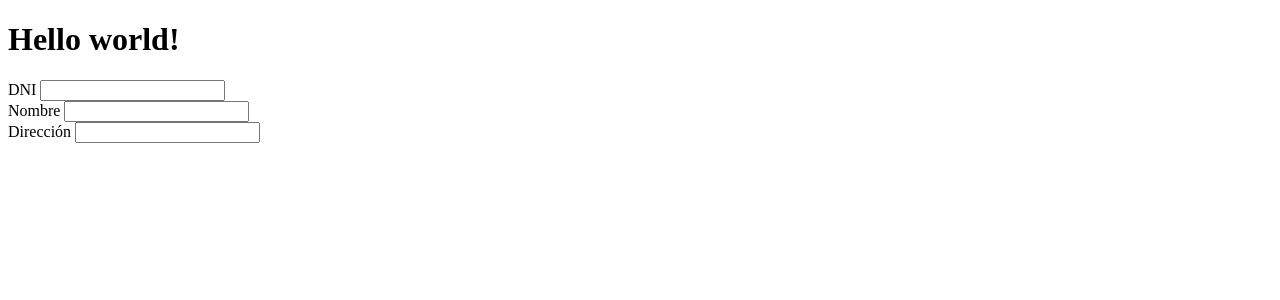
Repository: LaureanoC/Java-Foodtruck
Page: Foodtruck/src/main/webapp/altaEmpleado.html
These files come from the project's save history. The page is drawn as it stood at one moment and after the next save; the edit follows.
The browser window is 1280 px wide. The pictures show the whole page.

Above is the page before, as saved 2023-07-06 18:27:00.

After the next save:
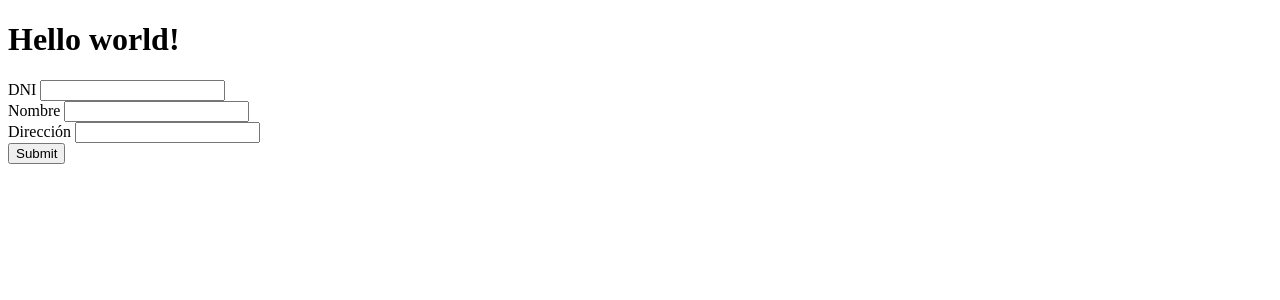
Saved 60 s later.
--- a/Foodtruck/src/main/webapp/altaEmpleado.html
+++ b/Foodtruck/src/main/webapp/altaEmpleado.html
@@ -7,7 +7,7 @@
 <body>
 	<h1>Hello world!</h1>
 
-	<form>
+	<form action="pruebacliente" method="post"">
 		<div>
 			<label>DNI</label>
 			<input name="dni">
@@ -18,9 +18,9 @@
 		</div>
 		<div>
 			<label>Dirección</label>
-			<input name="dirección">
+			<input name="direccion">
 		</div>
-
+		<button type="submit">Submit</button>
 
 	</form>
 </body>
